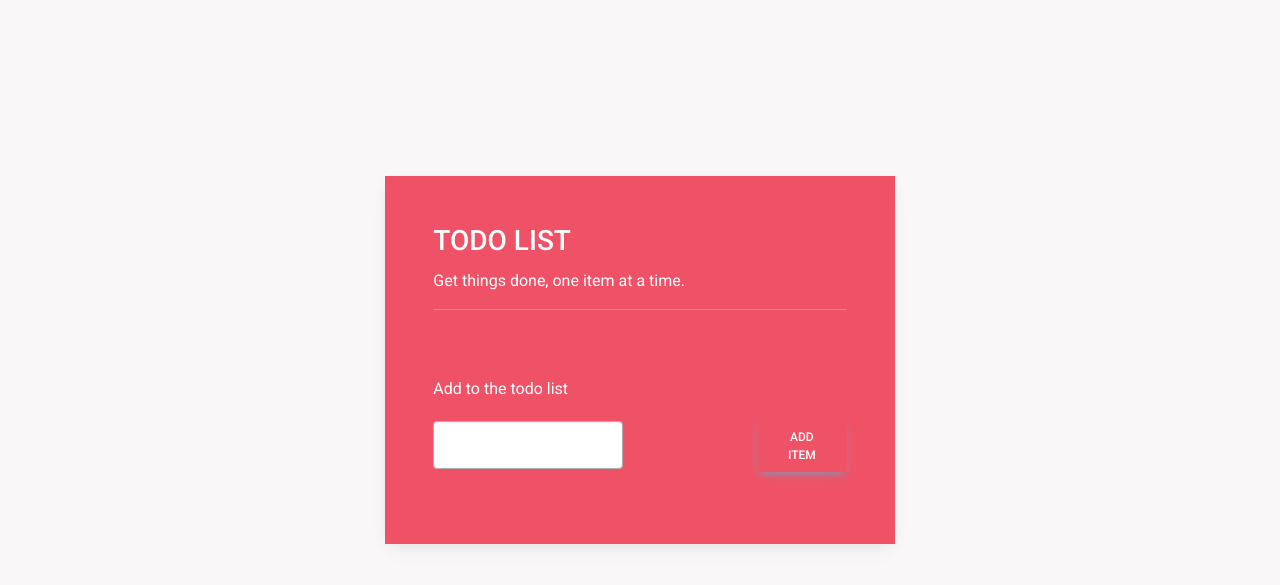
Repository: TinhTT336/MD02_HACKATHON01_HN_JV230620_BS_TranThiTinh_Basic
Page: /
These files come from the project's save history. The page is drawn as it stood at one moment and after the next save; the edit follows.
The browser window is 1280 px wide. The pictures show the whole page.
Some web libraries are served in a nearby version. The project was rebuilt for these pictures with package versions that can differ from the ones it lists, and the page was loaded fresh each time. Also part of the build but not shown: vite.config.js, src/App.css.

Above is the page before, as saved 2023-09-05 11:38:34.

### index.html
<!DOCTYPE html>
<html lang="en">
  <head>
    <meta charset="UTF-8" />
    <link rel="icon" type="image/svg+xml" href="/vite.svg" />
    <meta name="viewport" content="width=device-width, initial-scale=1.0" />
    <title>Vite + React</title>
    <link
      href="https://cdnjs.cloudflare.com/ajax/libs/font-awesome/6.0.0/css/all.min.css"
      rel="stylesheet"
    />
    <link
      href="https://fonts.googleapis.com/css?family=Roboto:300,400,500,700&display=swap"
      rel="stylesheet"
    />
    <link
      href="https://cdnjs.cloudflare.com/ajax/libs/mdb-ui-kit/6.2.0/mdb.min.css"
      rel="stylesheet"
    />
  </head>
  <body>
    <div id="root"></div>
    <script type="module" src="/src/main.jsx"></script>
  </body>
</html>

### src/App.jsx
import { useState } from 'react'
import './App.css'
import TodoList from './TodoList/todoList'

function App() {
  const [count, setCount] = useState(0)

  return (
    <>
      <TodoList />
    </>
  )
}

export default App

### src/index.css
/* :root {
  font-family: Inter, system-ui, Avenir, Helvetica, Arial, sans-serif;
  line-height: 1.5;
  font-weight: 400;

  color-scheme: light dark;
  color: rgba(255, 255, 255, 0.87);
  background-color: #242424;

  font-synthesis: none;
  text-rendering: optimizeLegibility;
  -webkit-font-smoothing: antialiased;
  -moz-osx-font-smoothing: grayscale;
  -webkit-text-size-adjust: 100%;
}

a {
  font-weight: 500;
  color: #646cff;
  text-decoration: inherit;
}
a:hover {
  color: #535bf2;
}

body {
  margin: 0;
  display: flex;
  place-items: center;
  min-width: 320px;
  min-height: 100vh;
}

h1 {
  font-size: 3.2em;
  line-height: 1.1;
}

button {
  border-radius: 8px;
  border: 1px solid transparent;
  padding: 0.6em 1.2em;
  font-size: 1em;
  font-weight: 500;
  font-family: inherit;
  background-color: #1a1a1a;
  cursor: pointer;
  transition: border-color 0.25s;
}
button:hover {
  border-color: #646cff;
}
button:focus,
button:focus-visible {
  outline: 4px auto -webkit-focus-ring-color;
}

@media (prefers-color-scheme: light) {
  :root {
    color: #213547;
    background-color: #ffffff;
  }
  a:hover {
    color: #747bff;
  }
  button {
    background-color: #f9f9f9;
  }
} */
body {
  background-color: #faf7f8 !important;
}
.vh-100 {
  width: 50% !important;
  margin: 0 auto !important;
}
.card-body {
  background-color: #ef5267 !important;
  color: #fff !important;
}
.form-control {
  background-color: #fff !important;
  padding: 10px !important;
  width: 60% !important;
}
.list-group-item {
  background-color: #e88c987f !important;
  color: #fff !important;
}
.fas,
.form-check-input {
  color: #fff !important;
}
.btn-info {
  background-color: #ef5267 !important;
  border-color: #fff !important;
}

### src/TodoList/todoList.jsx
import React, { useRef, useState } from 'react'

export default function TodoList() {
    const [input, setInput] = useState("");
    const [todos, setTodos] = useState(() => {
        const list = JSON.parse(localStorage.getItem("todos")) || [];
        return list;
    });
    const inputRef = useRef();
    const [idEdit, setIdEdit] = useState(null);
    // ham them submit
    const handleSubmit = (e) => {
        e.preventDefault();
        if (input !== "") {
            const newTodo = {
                id: Date.now(),
                title: input,
                status: false,
            }
            const newList = [...todos, newTodo];
            setTodos(newList);
            localStorage.setItem("todos", JSON.stringify(newList));
            setInput("");
            inputRef.current.focus();
        }
        // if (idEdit !== -1) {
        //     const newList = todos.map(t => t.id === idEdit ? (t = { ...t, title: input }) : (t = { ...t }));
        //     setTodos(newList);
        //     localStorage.setItem("todos", JSON.stringify(newList));
        //     inputRef.current.focus();
        //     setIdEdit(null);
        // }
    }
    // ham xoa
    const handleDelete = (id) => {
        const newList = todos.filter(t => t.id !== id);
        setTodos(newList);
        localStorage.setItem("todos", JSON.stringify(newList));
        inputRef.current.focus();
    }
    // ham sua
    const handleEdit = (id) => {
        const todoEdit = todos.find(t => t.id === id);
        setInput(todoEdit.title);
        setIdEdit(id);
        inputRef.current.focus();
    }
    // ham check
    const handleCheck = (id) => {
        const newList = todos.map(t => t.id === id ? (t = { ...t, status: !t.status }) : (t = { ...t }));
        setTodos(newList);
        localStorage.setItem("todos", JSON.stringify(newList));
        inputRef.current.focus();
    }
    return (
        <div>
            <section className="vh-100 gradient-custom">
                <div className="container py-5 h-100">
                    <div
                        className="row d-flex justify-content-center align-items-center
              h-100"
                    >
                        <div className="col col-xl-10">
                            <div className="card">
                                <div className="card-body p-5">
                                    <h3 style={{ marginBottom: 10 }}>
                                        TODO LIST
                                    </h3>
                                    <p>Get things done, one item at a time.</p>
                                    <hr></hr>
                                    {/* Tabs content */}
                                    <div className="tab-content">
                                        <div className="tab-pane fade show active">
                                            <ul className="list-group mb-0">
                                                {todos.map(t => (
                                                    <li key={t.id}
                                                        className="list-group-item d-flex
                                          align-items-center border-0 mb-2
                                          rounded justify-content-between"
                                                        style={{ backgroundColor: "#f4f6f7" }}
                                                    >
                                                        {t.status === true ? (<s>{t.title}</s>) : (<span>{t.title}</span>)}
                                                        <div>
                                                            <input
                                                                className="form-check-input me-2"
                                                                type="checkbox" checked={t.status === true} onChange={() => handleCheck(t.id)}
                                                            />
                                                            <a className="text-info" title="Sửa công việc" onClick={() => handleEdit(t.id)}>
                                                                <i
                                                                    className="fas
                                                      fa-pencil-alt
                                                      me-3"
                                                                />
                                                            </a>
                                                            <a onClick={() => handleDelete(t.id)}
                                                                className="text-danger"
                                                                title="Xóa công việc"
                                                            >
                                                                <i
                                                                    className="fas
                                                      fa-trash-alt"
                                                                />
                                                            </a>
                                                        </div>
                                                    </li>
                                                ))}
                                            </ul>
                                            <div className="tab-content">
                                                <p style={{ marginTop: 50 }}>Add to the todo list</p>
                                                <form onSubmit={handleSubmit}
                                                    className="d-flex justify-content-center
                              align-items-center mb-4"
                                                >
                                                    <div className="form-outline flex-fill">
                                                        <input type="text" id="form2" className="form-control" style={{ border: "1px solid #afafaf" }} value={input} onChange={(e) => setInput(e.target.value)} ref={inputRef} />
                                                        {/* <label className="form-label" htmlFor="form2">
                                                            ADD ITEM
                                                        </label> */}
                                                    </div>
                                                    <button
                                                        type="submit"
                                                        className="btn btn-info
                                  ms-2"
                                                    >
                                                        ADD ITEM
                                                    </button>
                                                </form>
                                            </div>
                                        </div>
                                    </div>
                                    {/* Tabs content */}
                                </div>
                            </div>
                        </div>
                    </div>
                </div>
            </section >

        </div >
    )
}

Loaded but not shown: src/main.jsx (common file)

After the next save:
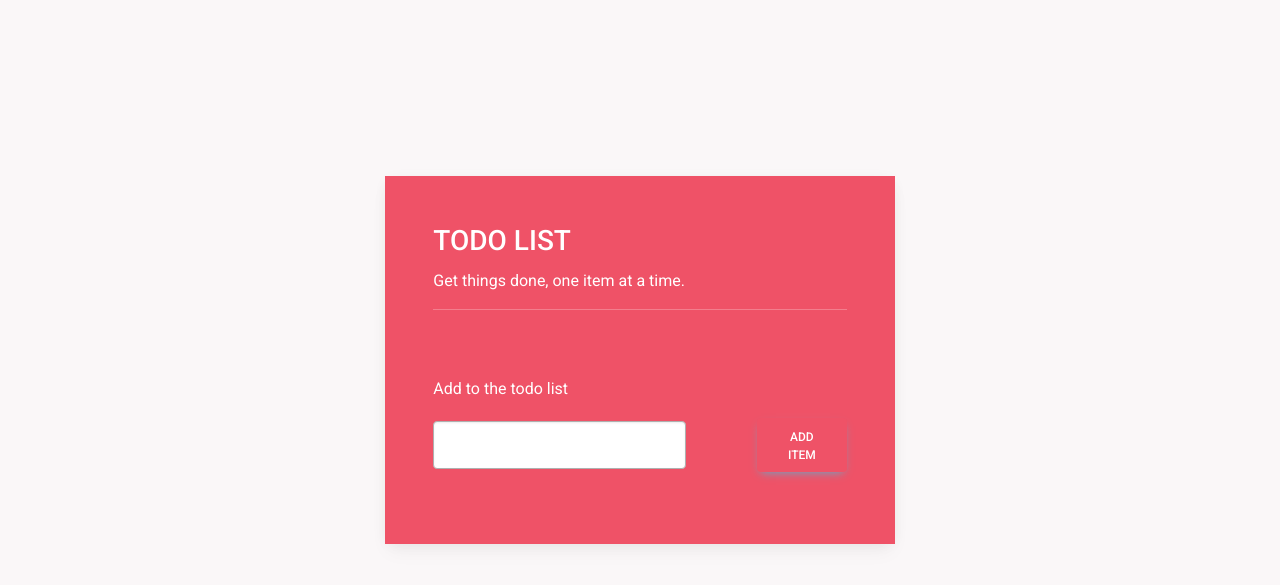
Saved 5 s later.
--- a/src/index.css
+++ b/src/index.css
@@ -81,7 +81,7 @@ body {
 .form-control {
   background-color: #fff !important;
   padding: 10px !important;
-  width: 60% !important;
+  width: 80% !important;
 }
 .list-group-item {
   background-color: #e88c987f !important;
